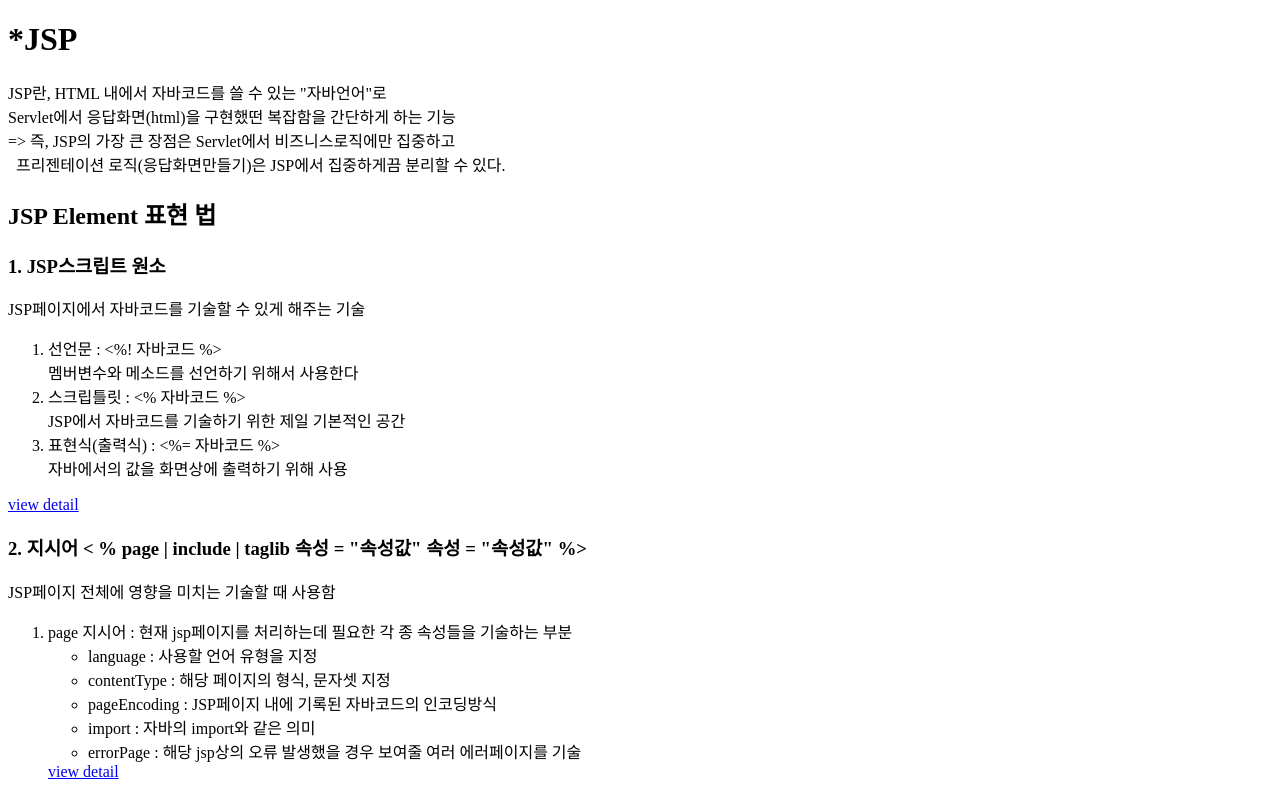
Repository: hyerangbi/Servlet
Page: 7_JSP/JSP/src/main/webapp/index.html
An editor plug-in stored every save of this project. The page is shown before and after the next save, followed by the edit.
The browser window is 1280 px wide. The pictures show the whole page.

Above is the page before, as saved 2024-09-10 02:43:50.

### 7_JSP/JSP/src/main/webapp/index.html
<!DOCTYPE html>
<html>
<head>
<meta charset="UTF-8">
<title>Insert title here</title>
</head>
<body>
    <h1> *JSP </h1>
    <p>
        JSP란, HTML 내에서 자바코드를 쓸 수 있는 "자바언어"로 <br>
        Servlet에서 응답화면(html)을 구현했떤 복잡함을 간단하게 하는 기능 <br>
        => 즉, JSP의 가장 큰 장점은 Servlet에서 비즈니스로직에만 집중하고 <br>
        &nbsp;&nbsp;프리젠테이션 로직(응답화면만들기)은 JSP에서 집중하게끔 분리할 수 있다.
    </p>

    <h2> JSP Element 표현 법</h2>

    <h3> 1. JSP스크립트 원소</h3>
    <p>JSP페이지에서 자바코드를 기술할 수 있게 해주는 기술</p>

    <ol>
        <li>
            선언문 : &lt;%! 자바코드 %&gt; <br>
            멤버변수와 메소드를 선언하기 위해서 사용한다
        </li>
        <li>
            스크립틀릿 : &lt;% 자바코드 %&gt; <br>
            JSP에서 자바코드를 기술하기 위한 제일 기본적인 공간
        </li>
        <li>
            표현식(출력식) : &lt;%= 자바코드 %&gt; <br>
            자바에서의 값을 화면상에 출력하기 위해 사용
        </li>
    </ol>

    <a href="views/01_ScriptingElement.jsp">view detail</a>

    <h3>
    	2. 지시어
    	&lt; % page | include | taglib 속성 = "속성값" 속성 = "속성값" %&gt;
    </h3>

    <p> JSP페이지 전체에 영향을 미치는 기술할 때 사용함 </p>

    <ol>
    	<li>
    		page 지시어 : 현재 jsp페이지를 처리하는데 필요한 각 종 속성들을 기술하는 부분 <br>
    		<ul>
    			<li>language : 사용할 언어 유형을 지정</li>
    			<li>contentType : 해당 페이지의 형식, 문자셋 지정</li>
    			<li>pageEncoding : JSP페이지 내에 기록된 자바코드의 인코딩방식</li>
    			<li>import : 자바의 import와 같은 의미</li>
    			<li>errorPage : 해당 jsp상의 오류 발생했을 경우 보여줄 여러 에러페이지를 기술</li>
    		</ul>
    		<a href="view/02_directivePage.jsp">view detail</a>
    	</li>
    </ol>
</body>
</html>

After the next save:
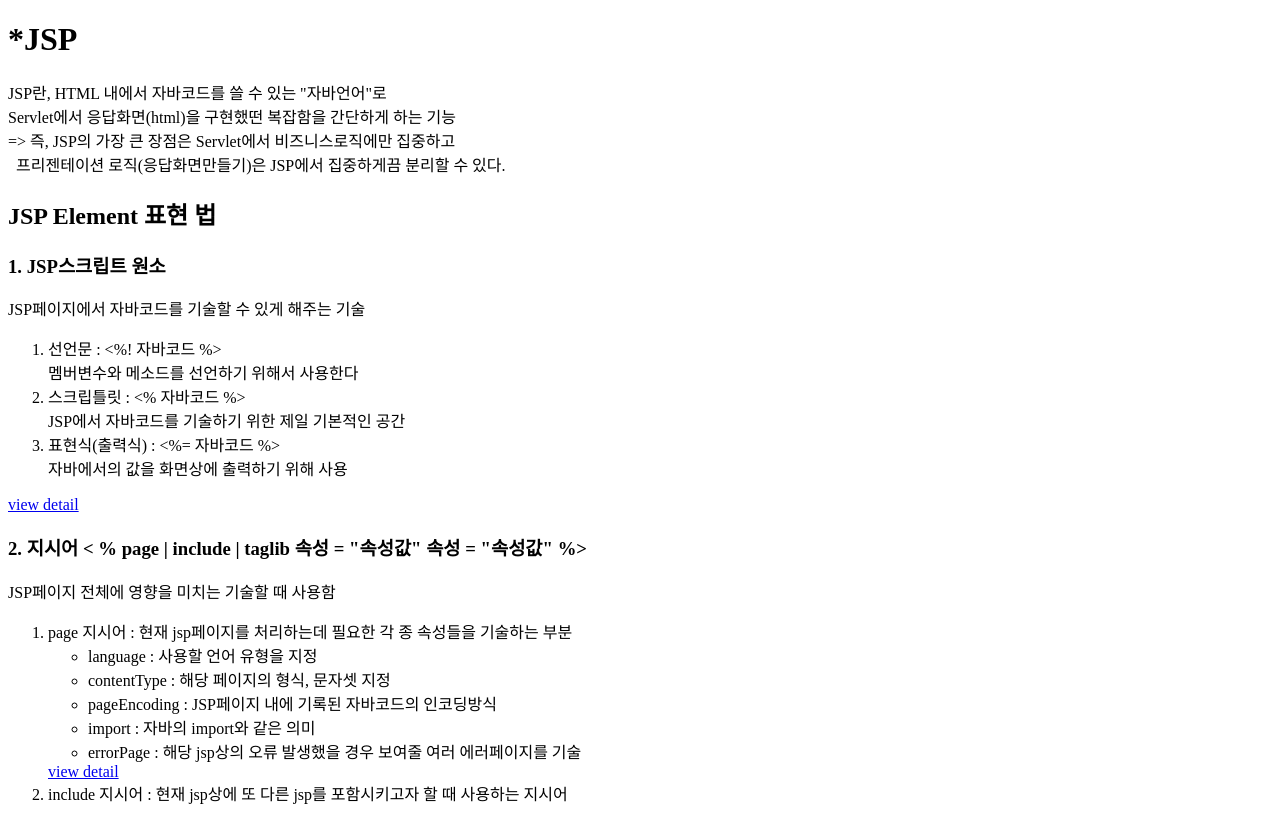
Saved 66 s later.
--- a/7_JSP/JSP/src/main/webapp/index.html
+++ b/7_JSP/JSP/src/main/webapp/index.html
@@ -54,6 +54,10 @@
     		</ul>
     		<a href="view/02_directivePage.jsp">view detail</a>
     	</li>
+    	<li>
+    		include 지시어 : 현재 jsp상에 또 다른 jsp를 포함시키고자 할 때 사용하는 지시어
+    		<a href="view/03_directiveClude.jps"></a>
+    	</li>
     </ol>
 </body>
 </html>
